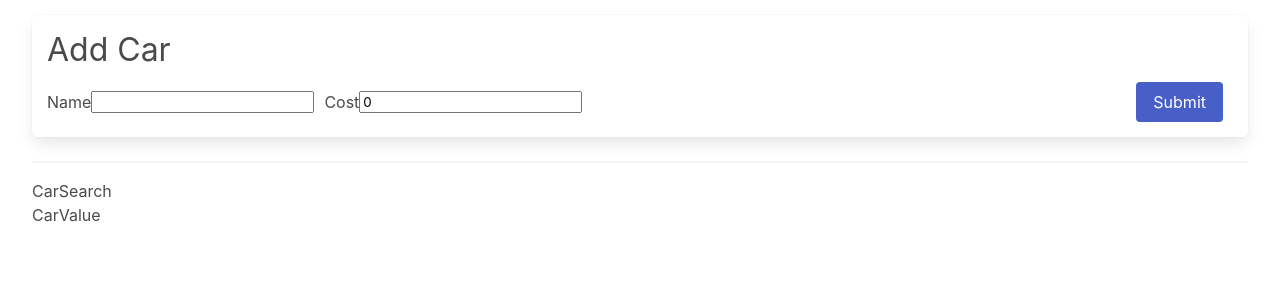
Repository: Mikerr21/Redux-Toolkit-Managing-Multiple-Slices
Page: /
The author's editor kept a copy of each file at every save. The page is drawn from the files as they stood at one save, then again after the next save.
The browser window is 1280 px wide. The pictures show the whole page.
The project was rebuilt for these pictures with package versions that can differ from the ones it lists, and the page was loaded fresh each time.

Above is the page before, as saved 2023-10-06 18:33:43.

### src/index.js
import 'bulma/css/bulma.css';
import './styles.css'
import React from 'react';
import {createRoot} from 'react-dom/client'
import {Provider} from 'react-redux';
import {store} from './store/index';
import App from './App'

const el=document.getElementById('root')
const root = createRoot(el);

root.render(
<Provider store={store}>
  <App />
</Provider>
)

### src/store/index.js
import { configureStore } from "@reduxjs/toolkit";
import { carReducer, addCar,removeCar,changeSearchTerm } from "./slices/carSlice";
import { formReducer, changeCost, changeName  } from "./slices/formSlice";
import { configure } from "@testing-library/react";

const store=configureStore({
    reducer:{
        cars:carReducer,
        form:formReducer
    }
});

export  {store, addCar, removeCar, changeSearchTerm, changeCost,changeName};

### src/App.js
import CarForm from './components/carForm'
import CarList from './components/carList'
import CarSearch from './components/carSearch'
import CarValue from './components/carValue'



function App() {
  return (
    <div className='container is-fluid'>
      <CarForm/>
      <CarList/>
      <CarSearch/>
      <CarValue/>
    </div>
  )
}

export default App

### src/store/slices/carSlice.js
import { createSlice,nanoid } from "@reduxjs/toolkit";

const carSlice=createSlice({
    name:'cars',
    initialState:{
        searchTerm:'',
        cars:[]
    },
    reducers:{
        changeSearchTerm(state,action){
            state.searchTerm=action.payload;
        },
        addCar(state,action){
            state.cars.push({
                name:action.payload.name,
                cost:action.payload.cost,
                id:nanoid()
            })

        },
        removeCar(state,action){
            const updated=state.cars.filter((car)=>{return car.id !== action.payload})
            state.cars=updated;
        }

    }
})

export const {changeSearchTerm, addCar, removeCar }=carSlice.actions;
export const carReducer=carSlice.reducer;

### src/store/slices/formSlice.js
import { createSlice } from "@reduxjs/toolkit";

const formSlice=createSlice({
    name:'form',
    initialState:{
        name:'',
        cost:0,
    },
    reducers:{
        changeName(state,action){
            state.name=action.payload;
        },
        changeCost(state,action){
            state.cost=action.payload;
        }
    }
})

export const {changeName,changeCost }=formSlice.actions;
export const formReducer=formSlice.reducer;

### src/components/carForm.js
import { useDispatch,useSelector } from "react-redux" // useSelector to get access to state
import { changeName,changeCost,addCar } from "../store"

function CarForm() {
    const dispatch=useDispatch();

    const {name,cost}=useSelector((state)=>{
        return {
            name:state.form.name,
            cost:state.form.cost
        }
    })

    const handleNameChange=(event)=>{
        dispatch(changeName(event.target.value));
    }

    const handleCostChange=(event)=>{
        const carCost= parseInt(event.target.value) || 0;
        dispatch(changeCost(carCost));
    }

    const handleSubmit=(event)=>{
        event.preventDefault();
        dispatch(addCar({name,cost}))
    }

  return (
    <div className="car-form panel">
        <h4 className="subtitle is-3">Add Car</h4>
        <form onSubmit={handleSubmit}>
            <div className="field-group">
                <div className="field">
                  <label>Name</label>
                  <input  value={name} onChange={handleNameChange} />
                </div>
                <div className="field">
                  <label>Cost</label>
                  <input  value={cost || 0} onChange={handleCostChange} type="number" />
                </div>
            </div>
            <div className="field">
                <button className="button is-link">Submit</button>
            </div>
        </form>

    </div>
  )
}

export default CarForm

### src/components/carList.js
import { useSelector,useDispatch } from "react-redux"
import { removeCar } from "../store";

function CarList() {

    const dispatch=useDispatch();

    const cars=useSelector((state)=>{
        return state.cars.cars;
    })

    const handleCarDelete=(car)=>{
        dispatch(removeCar(car.id));
    }

    const renderedCars=cars.map((car)=>{
        return(
            <div key={car.id} className="panel">
                <p>
                    {car.name} - ${car.cost}
                </p>
                <button
                className="button is-danger"
                onClick={()=>handleCarDelete(car)}
                >
                 Delete
                </button>

            </div>
        )
    })

    console.log(cars);
  return <div className="car-list">
    {renderedCars}
    <hr />
  </div>

}

export default CarList

### src/components/carSearch.js
import React from 'react'

function CarSearch() {
  return (
    <div>
      CarSearch
    </div>
  )
}

export default CarSearch

### src/components/carValue.js
import React from 'react'

function CarValue() {
  return (
    <div>
      CarValue
    </div>
  )
}

export default CarValue

Loaded but not shown: public/index.html (common file); src/styles.css (common file)

After the next save:
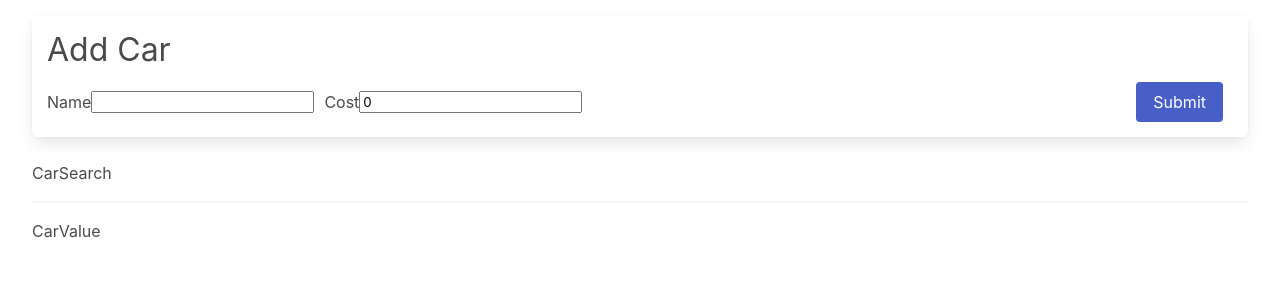
Saved 10 s later.
--- a/src/App.js
+++ b/src/App.js
@@ -9,8 +9,8 @@ function App() {
   return (
     <div className='container is-fluid'>
       <CarForm/>
+      <CarSearch/>
       <CarList/>
-      <CarSearch/>
       <CarValue/>
     </div>
   )
